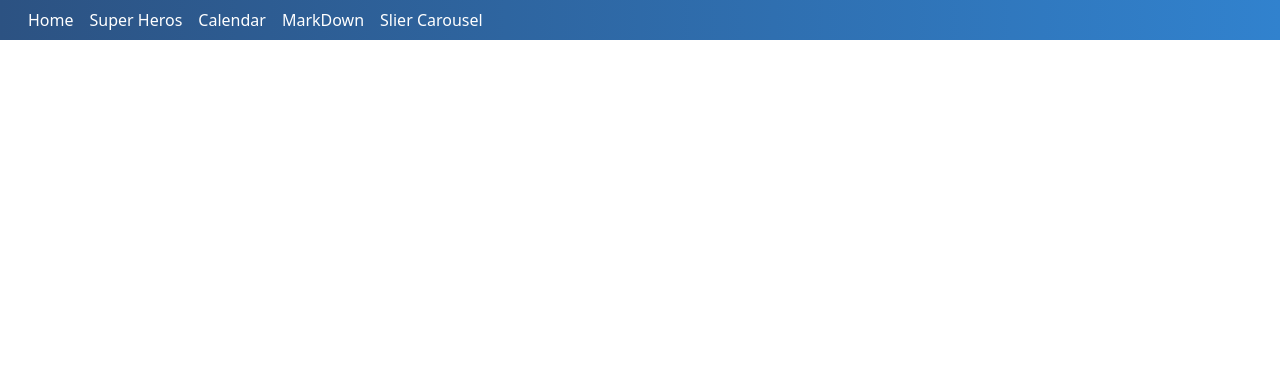
Repository: kshvkndl/VueFullCoursePractice
Page: /slider
The author's editor kept a copy of each file at every save. The page is drawn from the files as they stood at one save, then again after the next save.
The browser window is 1280 px wide. The pictures show the whole page.
The project was rebuilt for these pictures with package versions that can differ from the ones it lists, and the page was loaded fresh each time. Also part of the build but not shown: src/pages/SuperHeros.vue, src/pages/Calender.vue, src/pages/Home.vue, src/utilities/mixins/debounce.js, src/pages/MarkDown.vue.

Above is the page before, as saved 2020-11-19 16:39:13.

### src/main.js
import { createApp } from 'vue'
import App from './App.vue'
import './assets/style.css'
import router from './router'

const app = createApp(App);
app.use(router);
app.mount('#app');

### src/App.vue
<template>
  <AppHeader></AppHeader>
  <div class="w-full flex">
    <router-view></router-view>
  </div>
</template>

<script>
import AppHeader from "@/components/AppHeader";
export default {
  components: { AppHeader },
};
</script>

### src/router.js
import { createRouter, createWebHistory } from 'vue-router';
import SuperHeros from '@/pages/SuperHeros'
import Calender from '@/pages/Calender'
import Home from '@/pages/Home'
import MarkDown from '@/pages/MarkDown'
import Slider from '@/pages/Slider'


const routes = [
    { path: '/', component: Home },
    { path: '/super-heros', component: SuperHeros },
    { path: '/calendar', component: Calender },
    { path: '/markdown', component: MarkDown },
    { path: '/slider', component: Slider },
]

const router = createRouter({
    history: createWebHistory(),
    routes,
});
export default router;

### src/components/AppHeader.vue
<template>
  <nav
    class="w-full bg-gradient-to-r from-blue-800 to-blue-600 text-white px-5 py-2"
  >
    <router-link
      class="mx-2"
      v-for="item in list"
      :key="item.to"
      :to="item.to"
      >{{ item.title }}</router-link
    >
  </nav>
</template>


<script>
export default {
  data() {
    return {
      list: [
        { title: "Home", to: "/" },
        { title: "Super Heros", to: "/super-heros" },
        { title: "Calendar", to: "/calendar" },
        { title: "MarkDown", to: "/markdown" },
        { title: "Slier Carousel", to: "/slider" },
      ],
    };
  },
};
</script>

### src/pages/Slider.vue
<template>
  <div class="flex flex-wrap w-full">
    <div class="absolute w-full" v-for="(color, index) in sliders" :key="color">
      <div
        v-if="currentSlide == 0"
        class="bg-blue-600"
        style="height: 300px"
      ></div>
    </div>
  </div>
</template>

<script>
export default {
  data() {
    return {
      currentSlide: 0,
      sliders: ["bg-teal-600", "bg-blue-600", "bg-yellow-600"],
      interval: "",
    };
  },
  mounted() {
    this.interval = setInterval(() => {
      this.currentSlide = this.currentSlide === 2 ? 0 : this.currentSlide + 1;
    }, 2000);
  },
  beforeUnmount() {
    clearInterval(this.interval);
  },
};
</script>

<style scoped>
</style>

Loaded but not shown: public/index.html (common file); src/assets/style.css (common file); tailwind.config.js (common file)

After the next save:
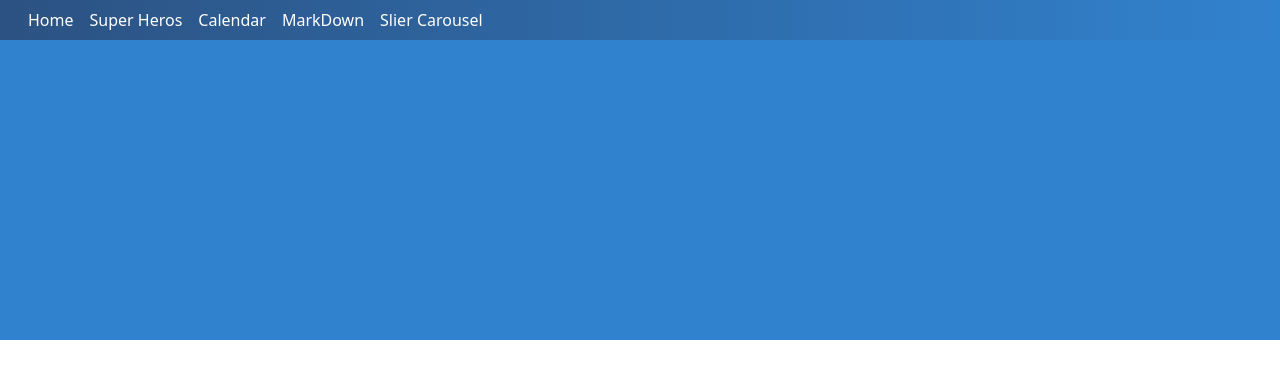
Saved 10 s later.
--- a/src/pages/Slider.vue
+++ b/src/pages/Slider.vue
@@ -2,7 +2,7 @@
   <div class="flex flex-wrap w-full">
     <div class="absolute w-full" v-for="(color, index) in sliders" :key="color">
       <div
-        v-if="currentSlide == 0"
+        v-if="currentSlide == index"
         class="bg-blue-600"
         style="height: 300px"
       ></div>
